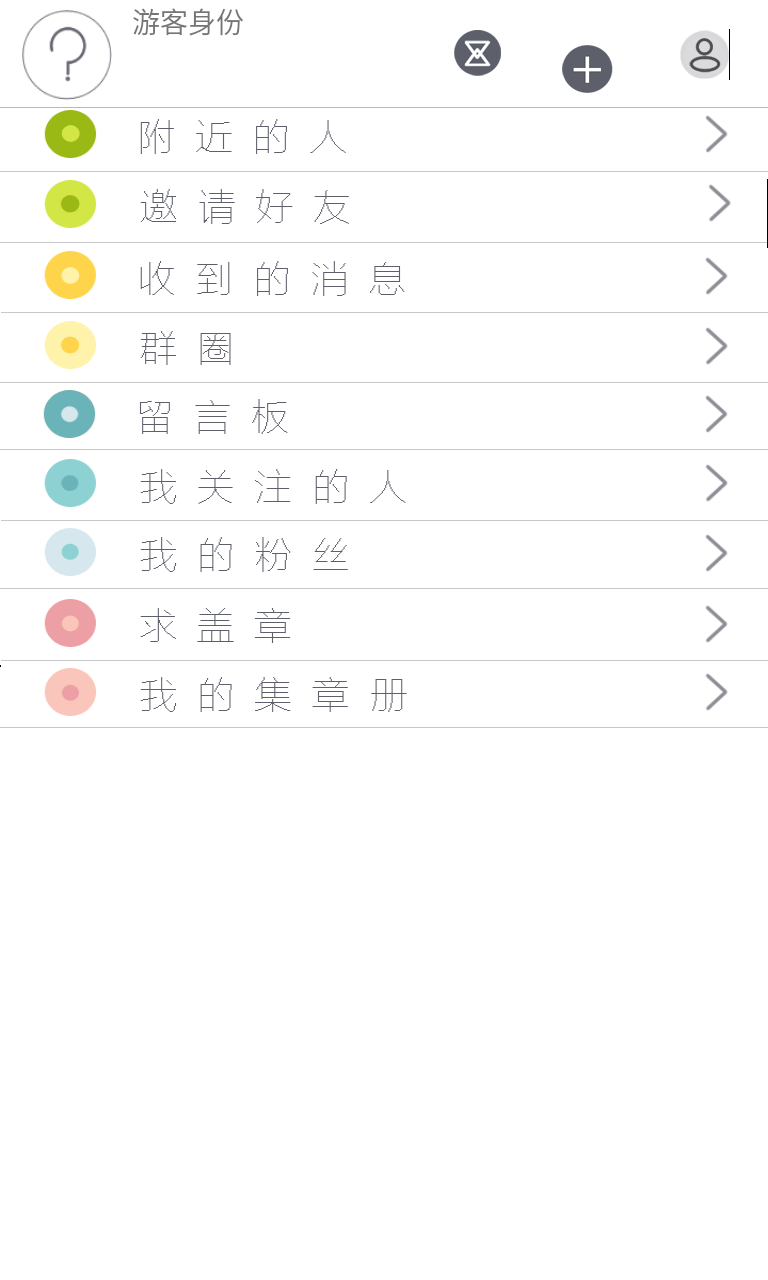
Repository: MinoyJet/Amoy
Layout: beta5/res/layout/sq.xml
These files come from the project's save history. The layout is drawn as it stood at one moment and after the next save; the edit follows.
It is drawn on a 768 x 1280 px phone screen (xhdpi) without system bars, with theme AppTheme; the app's code is not run.

Above is the layout before, as saved 2015-04-25 04:38:09.

### beta5/res/layout/sq.xml
<LinearLayout xmlns:android="http://schemas.android.com/apk/res/android"
    android:layout_width="match_parent"
    android:layout_height="match_parent"
    android:background="#ffffff"
    android:orientation="vertical" >

    <RelativeLayout
        android:id="@+id/relativeLayout1"
        android:layout_width="fill_parent"
        android:layout_height="55dp"
        android:layout_alignParentLeft="true"
        android:layout_alignParentTop="true"
        android:orientation="vertical" >

        <ImageView
            android:id="@+id/imageView2"
            android:layout_width="match_parent"
            android:layout_height="wrap_content"
            android:layout_alignParentBottom="true"
            android:layout_alignParentLeft="true"
            android:background="@drawable/xian" />

        <TextView
            android:id="@+id/textView1"
            android:layout_width="wrap_content"
            android:layout_height="wrap_content"
            android:layout_marginLeft="10dp"
            android:layout_toRightOf="@+id/imageView1"
            android:text="游客身份" />

        <ImageView
            android:id="@+id/imageView1"
            android:layout_width="45dp"
            android:layout_height="45dp"
            android:layout_alignParentLeft="true"
            android:layout_centerVertical="true"
            android:layout_marginLeft="11dp"
            android:background="@drawable/yonghuyouke" />

        <ImageButton
            android:id="@+id/haoyou"
            android:layout_width="wrap_content"
            android:layout_height="wrap_content"
            android:layout_alignParentRight="true"
            android:layout_centerVertical="true"
            android:layout_marginRight="19dp"
            android:background="@drawable/haoyou" />

        <ImageButton
            android:id="@+id/fatie"
            android:layout_width="wrap_content"
            android:layout_height="wrap_content"
            android:layout_below="@+id/textView1"
            android:layout_marginRight="33dp"
            android:layout_toLeftOf="@+id/haoyou"
            android:background="@drawable/fatie" />

        <ImageButton
            android:id="@+id/tiezi"
            android:layout_width="wrap_content"
            android:layout_height="wrap_content"
            android:layout_alignTop="@+id/haoyou"
            android:layout_marginRight="29dp"
            android:layout_toLeftOf="@+id/fatie"
            android:background="@drawable/tiezi" />

    </RelativeLayout>

<LinearLayout
    android:layout_width="match_parent"
    android:layout_height="match_parent"
    android:orientation="vertical" >
    <LinearLayout
        android:layout_width="fill_parent"
        android:layout_height="wrap_content"
        android:gravity="right"
        android:orientation="horizontal">


    </LinearLayout>
    <ImageButton
        android:id="@+id/fujin"
        android:layout_width="fill_parent"
        android:layout_height="wrap_content"
        android:background="@drawable/xzbz"/>
     <ImageButton
         android:id="@+id/yaoqing"
        android:layout_width="fill_parent"
        android:layout_height="wrap_content"
        android:background="@drawable/yaoqinghaoyou"/>
      <ImageButton
        android:id="@+id/shoudao"
        android:layout_width="fill_parent"
        android:layout_height="wrap_content"
        android:background="@drawable/fhdfh"/>
       <ImageButton
           android:id="@+id/qunquan"
        android:layout_width="fill_parent"
        android:layout_height="wrap_content"
        android:background="@drawable/ddbx"/>
        <ImageButton
            android:id="@+id/liuyan"
        android:layout_width="fill_parent"
        android:layout_height="wrap_content"
        android:background="@drawable/dbx"/>
         <ImageButton
             android:id="@+id/guanzhu"
        android:layout_width="fill_parent"
        android:layout_height="wrap_content"
        android:background="@drawable/fbhbg"/>
          <ImageButton
        android:id="@+id/fensi"
        android:layout_width="fill_parent"
        android:layout_height="wrap_content"
        android:background="@drawable/ndxnxf"/>
           <ImageButton
        android:id="@+id/qiuzhang"
        android:layout_width="fill_parent"
        android:layout_height="wrap_content"
        android:background="@drawable/ssbgs"/>
     <ImageButton
         android:id="@+id/my_jizhang"
        android:layout_width="fill_parent"
        android:layout_height="wrap_content"
        android:background="@drawable/xdng"/>

</LinearLayout>


</LinearLayout>

### beta5/res/values/styles.xml
<resources>

    <!--
        Base application theme, dependent on API level. This theme is replaced
        by AppBaseTheme from res/values-vXX/styles.xml on newer devices.
    -->
    <style name="AppBaseTheme" parent="Theme.AppCompat.Light">
           <item name="android:windowIsTranslucent">true</item>
             <item name="android:windowNoTitle">true</item>
        <!--
            Theme customizations available in newer API levels can go in
            res/values-vXX/styles.xml, while customizations related to
            backward-compatibility can go here.
        -->
    </style>

    <!-- Application theme. -->
    <style name="AppTheme" parent="AppBaseTheme">
        <!-- All customizations that are NOT specific to a particular API-level can go here. -->
    </style>

</resources>

### beta5/res/values-v11/styles.xml
<resources>

    <!--
        Base application theme for API 11+. This theme completely replaces
        AppBaseTheme from res/values/styles.xml on API 11+ devices.
    -->
    <style name="AppBaseTheme" parent="Theme.AppCompat.Light">
           <item name="android:windowIsTranslucent">true</item>
             <item name="android:windowNoTitle">true</item>
        <!-- API 11 theme customizations can go here. -->
    </style>

</resources>

### beta5/res/values-v14/styles.xml
<resources>

    <!--
        Base application theme for API 14+. This theme completely replaces
        AppBaseTheme from BOTH res/values/styles.xml and
        res/values-v11/styles.xml on API 14+ devices.
    -->
    <style name="AppBaseTheme" parent="Theme.AppCompat.Light.DarkActionBar">
           <item name="android:windowIsTranslucent">true</item>
             <item name="android:windowNoTitle">true</item>
        <!-- API 14 theme customizations can go here. -->
    </style>

</resources>

After the next save:
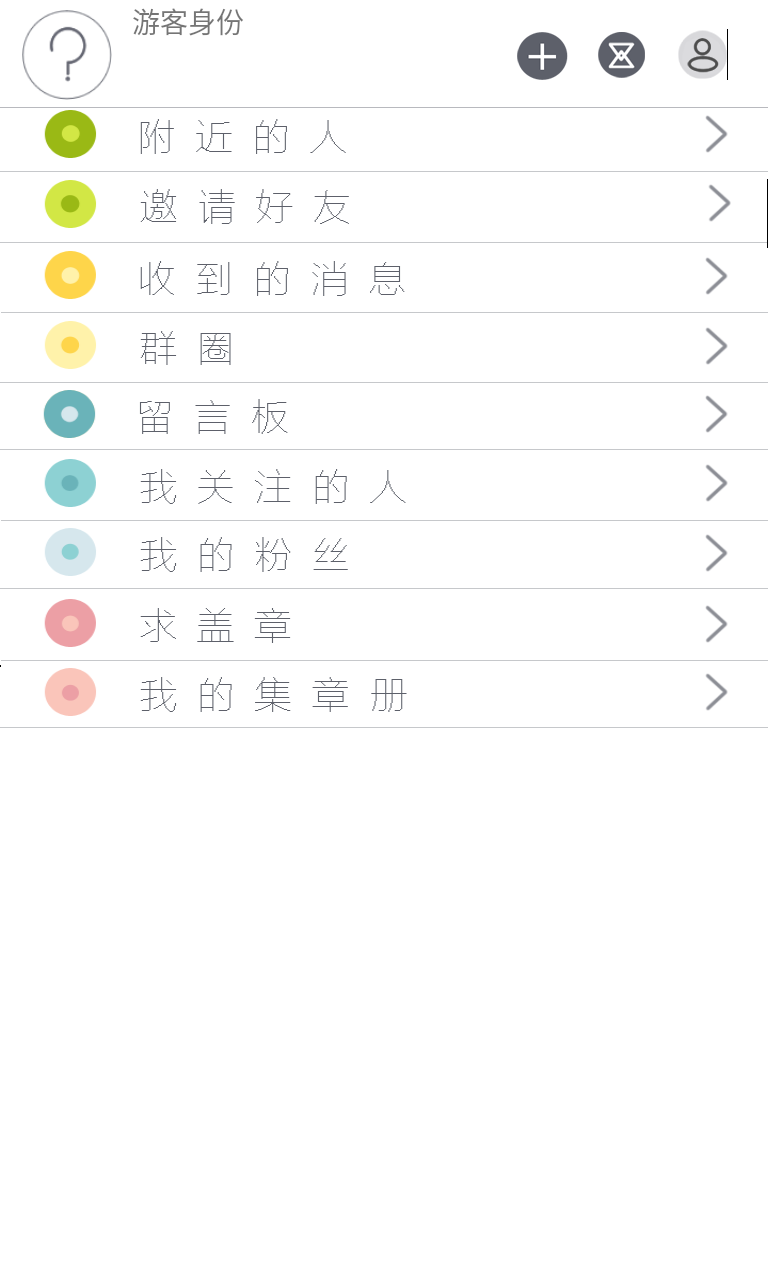
Saved 4 min 26 s later.
--- a/beta5/res/layout/sq.xml
+++ b/beta5/res/layout/sq.xml
@@ -43,26 +43,29 @@
             android:layout_height="wrap_content"
             android:layout_alignParentRight="true"
             android:layout_centerVertical="true"
-            android:layout_marginRight="19dp"
+            android:layout_marginRight="20dp"
             android:background="@drawable/haoyou" />
+
+        <ImageButton
+            android:id="@+id/tiezi"
+            android:layout_width="wrap_content"
+            android:layout_height="wrap_content"
+             android:layout_centerVertical="true"
+android:layout_alignParentRight="true"
+
+           android:layout_marginRight="60dp"
+
+            android:background="@drawable/tiezi" />
 
         <ImageButton
             android:id="@+id/fatie"
             android:layout_width="wrap_content"
             android:layout_height="wrap_content"
-            android:layout_below="@+id/textView1"
-            android:layout_marginRight="33dp"
-            android:layout_toLeftOf="@+id/haoyou"
+                    android:layout_centerVertical="true"
+           android:layout_marginRight="100dp"
+android:layout_alignParentRight="true"
+
             android:background="@drawable/fatie" />
-
-        <ImageButton
-            android:id="@+id/tiezi"
-            android:layout_width="wrap_content"
-            android:layout_height="wrap_content"
-            android:layout_alignTop="@+id/haoyou"
-            android:layout_marginRight="29dp"
-            android:layout_toLeftOf="@+id/fatie"
-            android:background="@drawable/tiezi" />
 
     </RelativeLayout>
 
